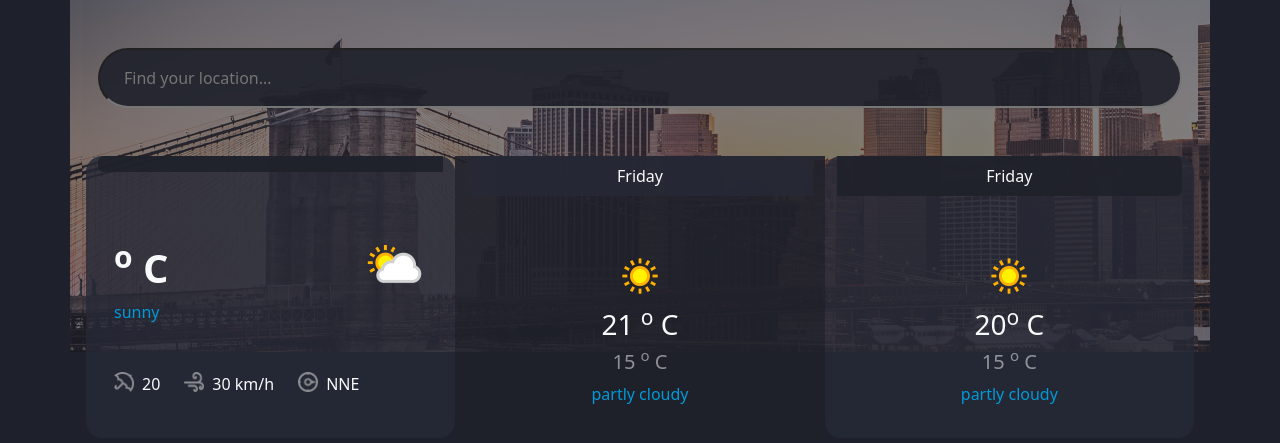
Repository: AmiraNabil97/WeatherApp
Page: index.html
An editor plug-in stored every save of this project. The page is shown before and after the next save, followed by the edit.
The browser window is 1280 px wide. The pictures show the whole page.
The page's requests for data from a server got no answer.

Above is the page before, as saved 2023-08-28 22:22:29.

### index.html
<!DOCTYPE html>
<html lang="en">
<head>
    <meta charset="UTF-8">
    <meta name="viewport" content="width=device-width, initial-scale=1.0">
    <title>Document</title>
    <link rel="stylesheet" href="css/bootstrap.min.css">
    <link rel="stylesheet" href="css/all.min.css">
    <link rel="stylesheet" href="css/style.css">
</head>
<body>

        <div class="container">
            <div class="container px-3 py-5 text-center">

                <input type="text" class="w-100 mx-auto rounded-5 py-3 px-4 bg-main-color mb-5 text-white"
                    placeholder="Find your location..."
                     id="search" />
                <div class="row ">

                    <div class="item col-md-4 bg-sec-color m-0 rounded-4 ">
                        <div class="d-flex justify-content-between py-2 px-3 bg-main-color text-light rounded-start"id="today-date">
                            <p id="today_date_day_name" class="my-auto"></p>
                            <span>
                                <span id="today_date_day_number" class="my-auto"></span>
                                <span id="today_date_month" class="my-auto"></span>
                            </span>
                        </div>
                        <div class="item-content text-start px-3 py-3 pt-5 text-light" id="today">
                            <p id="today_location" class="fs-4"></p>
                            <div class="d-flex justify-content-between align-items-center">
                                <span class="fs-1 fw-bolder">
                                    <span id="today_temp"></span>
                                    <span><sup>o</sup> C</span>
                                </span>
                                <img id="today_condition_img" src="images/116.png" alt="" />
                            </div>
                            <p id="today_condition_text" class="fs-6 text-light-blue">sunny</p>
                        </div>
                        <div class="item-footer d-flex text-light p-3">
                            <div class="d-flex me-3">
                                <img src="images/icon-umberella.png" class="footer-icons me-2" alt="" />
                                <p id="humidity">20</p>
                            </div>
                            <div class="d-flex me-3">
                                <img src="images/icon-wind.png" class="footer-icons mx-2" alt="" />
                                <p id="wind">30 km/h</p>
                            </div>
                            <div class="d-flex">
                                <img src="images/icon-compass.png" class="footer-icons mx-2" alt="" />
                                <p id="wind_direction">NNE</p>
                            </div>
                        </div>
                    </div>
                    <div class="item col-md-4 m-0 bg-main-color">
                        <div class="py-2 text-center bg-sec-color text-light" >
                            <p class="next_day_name my-auto">Friday</p>
                        </div>
                        <div class="item-content text-start text-light p-3 text-center pt-5">
                            <img class="next_condition_img" src="images/113.png" alt="">
                            <h3>
                                <span class="next_max_temp"></span>
                                <span> 21 <sup>o</sup> C</span>
                            </h3>
                            <h5 class="text-white opacity-50">
                                <span class="next_min_temp">15</span>
                                <span> <sup>o</sup> C</span>
                            </h5>
                            <p class="next_condition_text fs-6 text-light-blue">partly cloudy</p>
                        </div>
                    </div>
                    <div class="item col-md-4 m-0 bg-sec-color rounded-4">
                        <div class="py-2 text-center px-3 bg-main-color text-light rounded-end">
                            <p class="next_day_name my-auto">Friday</p>
                        </div>
                        <div class="item-content text-start text-light p-3 text-center pt-5">
                            <img class="next_condition_img" src="images/113.png" alt="">
                            <h3>
                                <span class="next_max_temp"></span>
                                <span> 20<sup>o</sup> C</span>
                            </h3>
                            <h5 class="text-white opacity-50">
                                <span class="next_min_temp">15</span>
                                <span><sup>o</sup> C</span>
                            </h5>
                            <p class="next_condition_text fs-6 text-light-blue">partly cloudy</p>
                        </div>
                    </div>
                </div>
            </div>
        </div>








    <script src="js/jquery-3.7.0.min.js"></script>
    <script src="js/bootstrap.bundle.js"></script>
    <script src="js/main.js"></script>
</body>
</html>

### css/style.css
body
{
    background-color: rgb(30, 32, 43);
}

.logo-img
{
    width: 80px;
    height: 40px;
}

.small-fs
{
    font-size: 10px;
}

.fs-6
{
    font-size: 12px;
}

.container
{
    background-image: url(../images/banner.png);
    background-repeat: no-repeat;
}

.bg-main-color
{
    background-color: rgba(30, 32, 43, 0.905);
}

.bg-sec-color
{
    background-color:#262936d1;
}

.fs-big
{
    font-size: 84px;
    font-weight: bolder;
}

.footer-icons
{
    width: 20px;
    height: 20px;
}

.text-light-blue
{
    color:#009ad8;
}

### js/main.js
/* <Today> */
let humidity = document.getElementById("humidity")
let wind = document.getElementById("wind")
let windDirection = document.getElementById("wind_direction")
let todayLocation = document.getElementById("today_location")
let todayName = document.getElementById("today_date_day_name")
let todayNumber = document.getElementById("today_date_day_number")
let todayMonth = document.getElementById("today_date_month")

let todayConditionText = document.getElementById("today_condition_text")

let todayTemp = document.getElementById("today_temp")
let todayConditionImg = document.getElementById("today_condition_img")


//< next day>
let nextConditionImg = document.getElementsByClassName("next_condition_img")
let nextConditionText = document.getElementsByClassName("next_condition_text")

let nextMaxTemp = document.getElementsByClassName("next_max_temp")
let nextMinTemp = document.getElementsByClassName("next_min_temp")
let nextDay = document.getElementsByClassName("next_day_name")

//< search>
let searchInput = document.getElementById("search")

// < API >
async function getWeatherData(cityName)
{
    let weatherResponse = await fetch(`https://api.weatherapi.com/v1/forecast.json?key=71dbd040c45b418aa92175158231802&q=${cityName}&days=3`)
    let weatherData = await weatherResponse.json()
    return weatherData
}
//  data of today
function displayTodayData(data)
{
    let todayDate = new Date()
    todayConditionText.innerHTML = data.current.condition.text
    humidity.innerHTML = data.current.humidity+"%"
    wind.innerHTML = data.current.wind_kph+"km/h"
    windDirection.innerHTML = data.current.wind_dir
    todayLocation.innerHTML = data.location.name

    todayTemp.innerHTML = data.current.temp_c
    todayConditionImg.setAttribute("src",data.current.condition.icon)
    todayName.innerHTML = todayDate.toLocaleDateString("en-US",{weekday:"long"})
    todayNumber.innerHTML = todayDate.getDate()
    todayMonth.innerHTML = todayDate.toLocaleDateString("en-US",{month:"long"})

}
//  next day data
function displayNextData(data)
{
    let forecastData = data.forecast.forecastday
    for(let i = 0 ; i < 2 ; i++)
    {
        let nextDate = new Date(forecastData[i+1].date)
        nextMinTemp[i].innerHTML = forecastData[i+1].day.mintemp_c
        nextConditionImg[i].setAttribute("src",forecastData[i+1].day.condition.icon)
        nextConditionText[i].innerHTML = forecastData[i+1].day.condition.text
    }
        nextDay[i].innerHTML = nextDate.toLocaleDateString("en-US",{weekday:"long"})
        nextMaxTemp[i].innerHTML = forecastData[i+1].day.maxtemp_c

}

async function startApp(city="london")
{
    let weatherData = await getWeatherData(city)
    if(!weatherData.error)
    {
        displayTodayData(weatherData)
        displayNextData(weatherData)
    }
}

startApp()
searchInput.addEventListener("input",function(){
    startApp(searchInput.value)
})

Loaded but not shown: css/bootstrap.min.css (library); css/all.min.css (library); js/jquery-3.7.0.min.js (library); js/bootstrap.bundle.js (library)

After the next save:
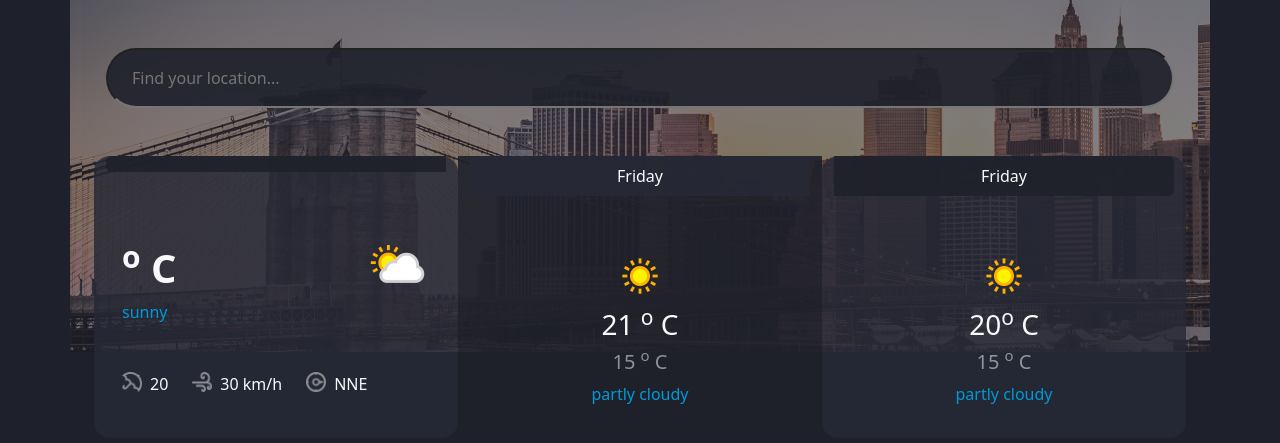
Saved 16 s later.
--- a/index.html
+++ b/index.html
@@ -11,7 +11,7 @@
 <body>
 
         <div class="container">
-            <div class="container px-3 py-5 text-center">
+            <div class="container px-4 py-5 text-center">
 
                 <input type="text" class="w-100 mx-auto rounded-5 py-3 px-4 bg-main-color mb-5 text-white"
                     placeholder="Find your location..."
